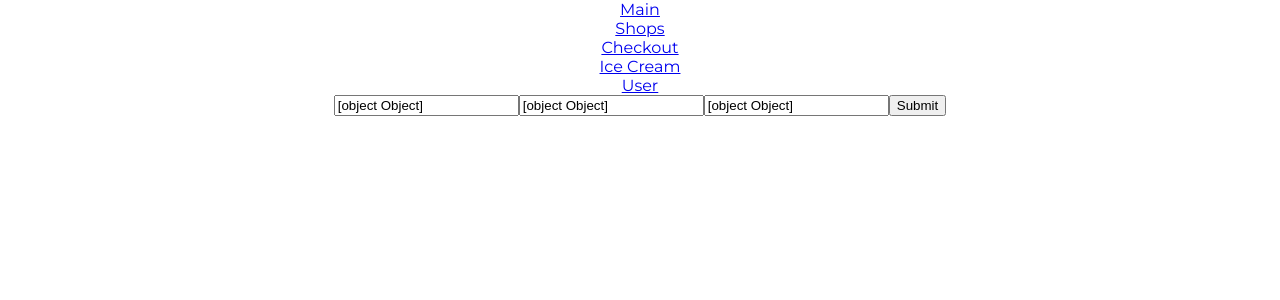
Repository: squirrellypenguin/Frozzy-React-Frontend
Page: /user
The author's editor kept a copy of each file at every save. The page is drawn from the files as they stood at one save, then again after a run of saves.
The browser window is 1280 px wide. The pictures show the whole page.
The page's requests for data from a server got no answer. The project was rebuilt for these pictures with package versions that can differ from the ones it lists, and the page was loaded fresh each time. No one was signed in, and anything a server would have sent is missing. Also part of the build but not shown: src/pages/checkout.js, src/pages/icecream.js, src/pages/shop.js. Imported but missing from the stored project, and not drawn on this page: src/pages/main.

Above is the page before, as saved 2021-05-25 09:16:59.

After the next 3 saves:
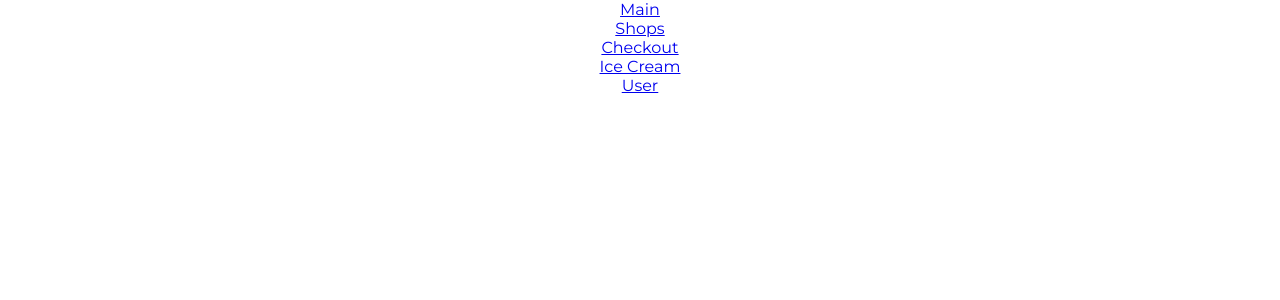
The 3 saves are shown as one change because 2 did not build or start.
The last was saved 53 s later.
--- a/src/pages/user.js
+++ b/src/pages/user.js
@@ -35,7 +35,7 @@ const User = (props) => {
           <h3>{user.address} {user.city}</h3>
           <h3>{user.state} {user.zip}</h3>
           <button id="edit" onClick={() => {
-            props.selectTodo(user)
+            selectTodo(user)
             props.history.push("/edit")
           }}>Edit</button>
 
@@ -46,7 +46,7 @@ const User = (props) => {
   });
   return (
     <div>
-<Edituser />
+
    {user} </div>
   )
 };
